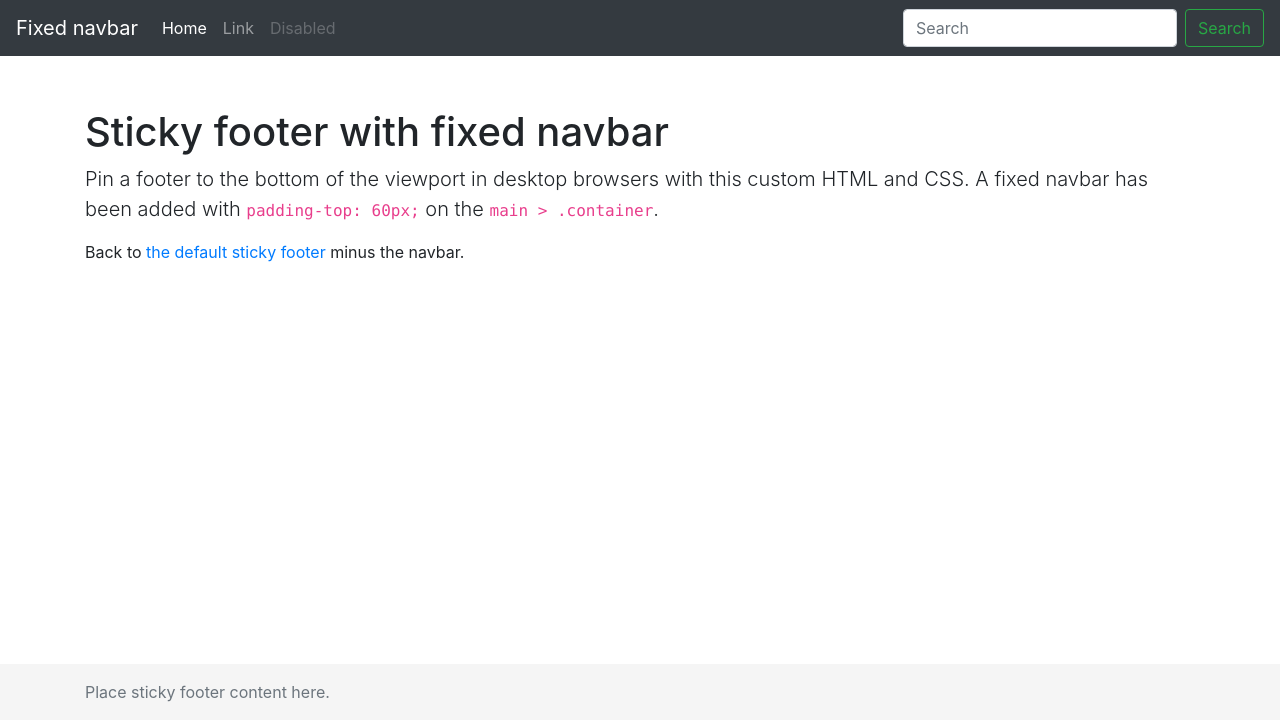
Repository: Audio-site/sunbeats
Page: index.html
These files come from the project's save history. The page is drawn as it stood at one moment and after the next save; the edit follows.
The browser window is 1280 px wide. The pictures show the whole page.

Above is the page before, as saved 2020-08-24 23:54:36.

### index.html
<!doctype html>
<html lang="en" class="h-100">
  <head>
    <meta charset="utf-8">
    <meta name="viewport" content="width=device-width, initial-scale=1, shrink-to-fit=no">
    <meta name="description" content="">
    <meta name="author" content="Mark Otto, Jacob Thornton, and Bootstrap contributors">
    <meta name="generator" content="Jekyll v4.1.1">
    <title>Sticky Footer Navbar Template · Bootstrap</title>

    <link rel="canonical" href="https://getbootstrap.com/docs/4.5/examples/sticky-footer-navbar/">

    <!-- Bootstrap core CSS -->
<link href="../assets/dist/css/bootstrap.min.css" rel="stylesheet">

    <style>
      .bd-placeholder-img {
        font-size: 1.125rem;
        text-anchor: middle;
        -webkit-user-select: none;
        -moz-user-select: none;
        -ms-user-select: none;
        user-select: none;
      }

      @media (min-width: 768px) {
        .bd-placeholder-img-lg {
          font-size: 3.5rem;
        }
      }
    </style>
    <!-- Custom styles for this template -->
    <link href="../assets/css/sticky-footer-navbar.css" rel="stylesheet">
  </head>
  <body class="d-flex flex-column h-100">
    <header>
  <!-- Fixed navbar -->
  <nav class="navbar navbar-expand-md navbar-dark fixed-top bg-dark">
    <a class="navbar-brand" href="#">Fixed navbar</a>
    <button class="navbar-toggler" type="button" data-toggle="collapse" data-target="#navbarCollapse" aria-controls="navbarCollapse" aria-expanded="false" aria-label="Toggle navigation">
      <span class="navbar-toggler-icon"></span>
    </button>
    <div class="collapse navbar-collapse" id="navbarCollapse">
      <ul class="navbar-nav mr-auto">
        <li class="nav-item active">
          <a class="nav-link" href="#">Home <span class="sr-only">(current)</span></a>
        </li>
        <li class="nav-item">
          <a class="nav-link" href="#">Link</a>
        </li>
        <li class="nav-item">
          <a class="nav-link disabled" href="#" tabindex="-1" aria-disabled="true">Disabled</a>
        </li>
      </ul>
      <form class="form-inline mt-2 mt-md-0">
        <input class="form-control mr-sm-2" type="text" placeholder="Search" aria-label="Search">
        <button class="btn btn-outline-success my-2 my-sm-0" type="submit">Search</button>
      </form>
    </div>
  </nav>
</header>

<!-- Begin page content -->
<main role="main" class="flex-shrink-0">
  <div class="container">
    <h1 class="mt-5">Sticky footer with fixed navbar</h1>
    <p class="lead">Pin a footer to the bottom of the viewport in desktop browsers with this custom HTML and CSS. A fixed navbar has been added with <code>padding-top: 60px;</code> on the <code>main &gt; .container</code>.</p>
    <p>Back to <a href="../examples/sticky-footer/">the default sticky footer</a> minus the navbar.</p>
  </div>
</main>

<footer class="footer mt-auto py-3">
  <div class="container">
    <span class="text-muted">Place sticky footer content here.</span>
  </div>
</footer>
<script src="https://code.jquery.com/jquery-3.5.1.slim.min.js" integrity="sha384-DfXdz2htPH0lsSSs5nCTpuj/zy4C+OGpamoFVy38MVBnE+IbbVYUew+OrCXaRkfj" crossorigin="anonymous"></script>
      <script>window.jQuery || document.write('<script src="../assets/js/vendor/jquery.slim.min.js"><\/script>')</script><script src="../assets/dist/js/bootstrap.bundle.min.js"></script>
</html>

Loaded but not shown: assets/dist/css/bootstrap.min.css (library); assets/css/sticky-footer-navbar.css (common file); assets/dist/js/bootstrap.bundle.min.js (library)

After the next save:
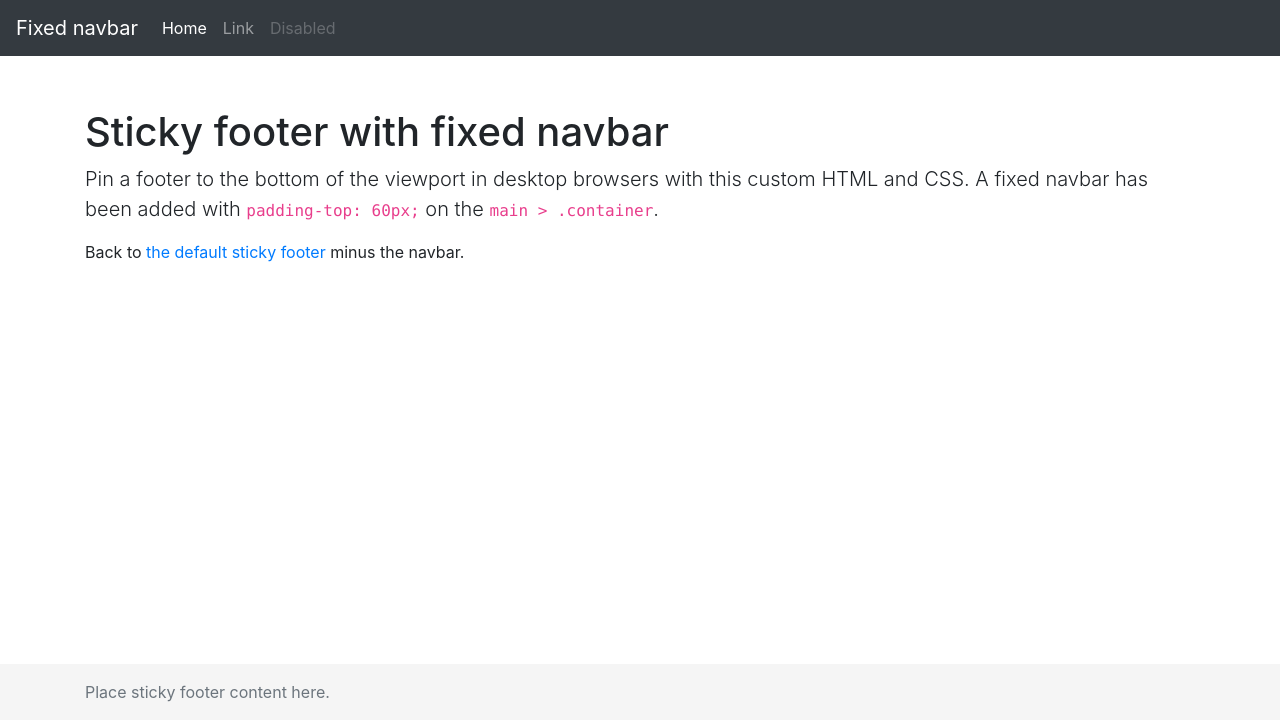
Saved 33 s later.
--- a/index.html
+++ b/index.html
@@ -52,10 +52,6 @@
           <a class="nav-link disabled" href="#" tabindex="-1" aria-disabled="true">Disabled</a>
         </li>
       </ul>
-      <form class="form-inline mt-2 mt-md-0">
-        <input class="form-control mr-sm-2" type="text" placeholder="Search" aria-label="Search">
-        <button class="btn btn-outline-success my-2 my-sm-0" type="submit">Search</button>
-      </form>
     </div>
   </nav>
 </header>

After the save that followed:
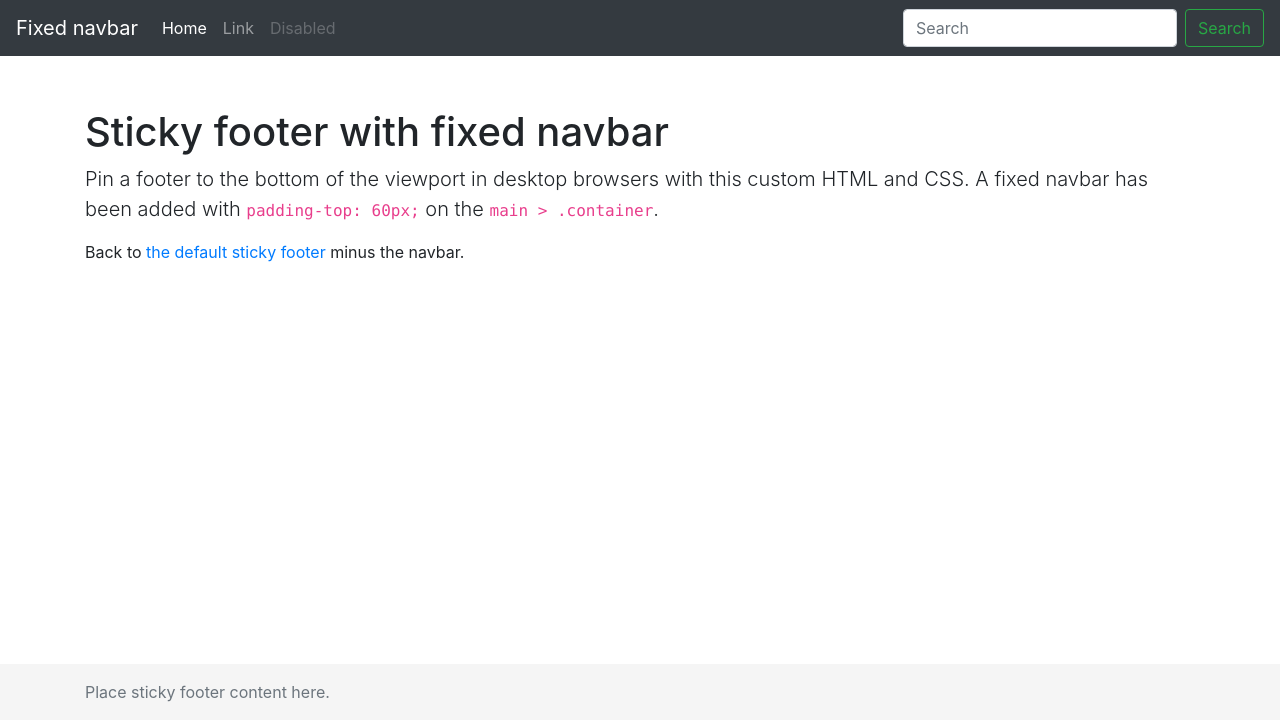
Saved 5 s later.
--- a/index.html
+++ b/index.html
@@ -52,6 +52,10 @@
           <a class="nav-link disabled" href="#" tabindex="-1" aria-disabled="true">Disabled</a>
         </li>
       </ul>
+      <form class="form-inline mt-2 mt-md-0">
+        <input class="form-control mr-sm-2" type="text" placeholder="Search" aria-label="Search">
+        <button class="btn btn-outline-success my-2 my-sm-0" type="submit">Search</button>
+      </form>
     </div>
   </nav>
 </header>
